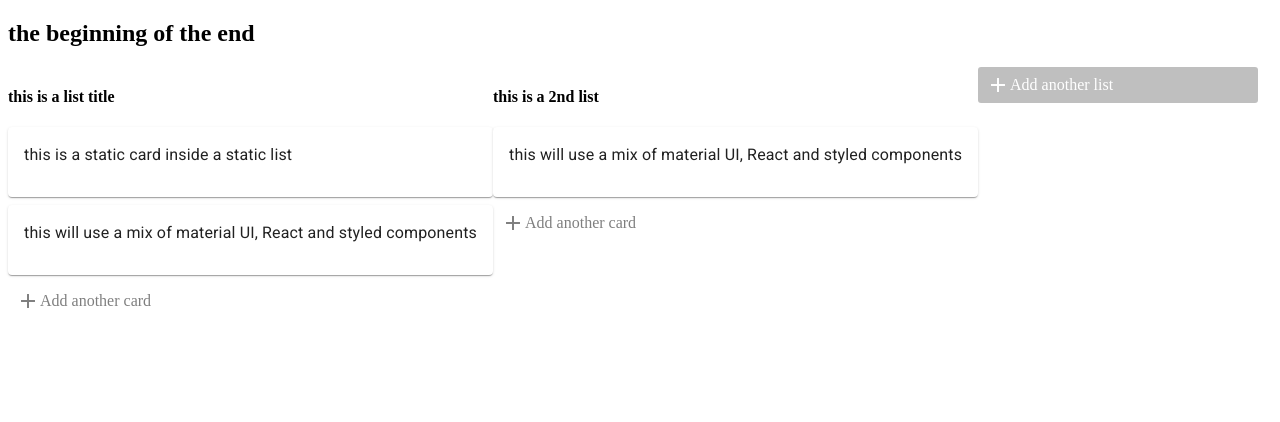
Repository: DesterStorm/Crello
Page: /
These files come from the project's save history. The page is drawn as it stood at one moment and after a run of saves; the edit follows.
The browser window is 1280 px wide. The pictures show the whole page.
The project was rebuilt for these pictures with package versions that can differ from the ones it lists, and the page was loaded fresh each time.

Above is the page before, as saved 2020-05-19 11:00:18.

After the next 2 saves:
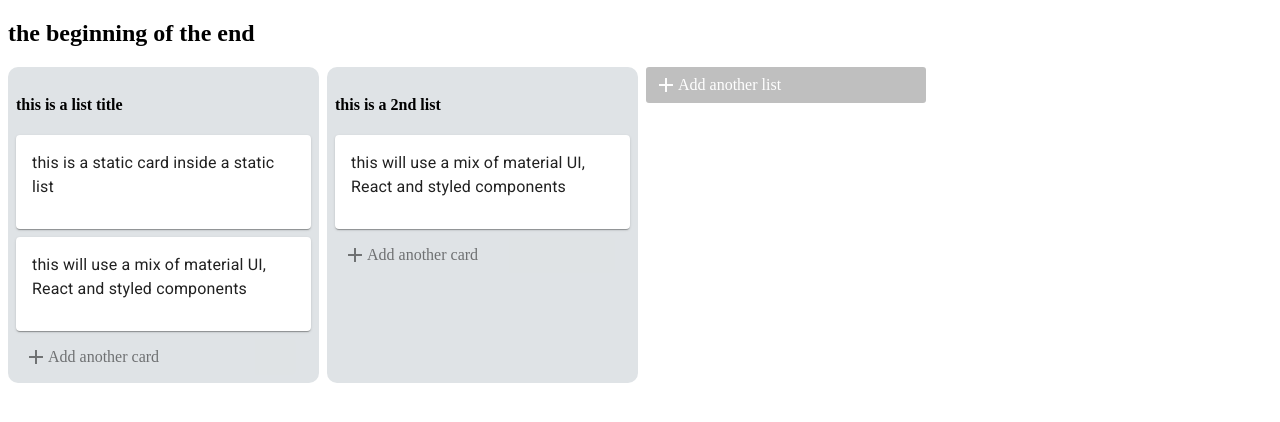
The 2 saves are shown as one change because they came seconds apart.
The last was saved 30 s later.
--- a/src/components/CrelloList.js
+++ b/src/components/CrelloList.js
@@ -17,14 +17,14 @@ const CrelloList = ({title, cards, listID}) => {
   return (
     <Droppable droppableId={String(listID)}>
       { provided => (
-        <div {...provided.droppableProps} ref={provided.innerRef} >
+        <ListContainer {...provided.droppableProps} ref={provided.innerRef} >
           <h4>{title}</h4>
           { cards.map((card, index) => (
             <CrelloCard key={card.id} index={index} text={card.text} id={card.id} />
             ))}
             <CrelloActionButton listID={listID} />
             {provided.placeholder}
-        </div>
+        </ListContainer>
       )}
     </Droppable>
   )
